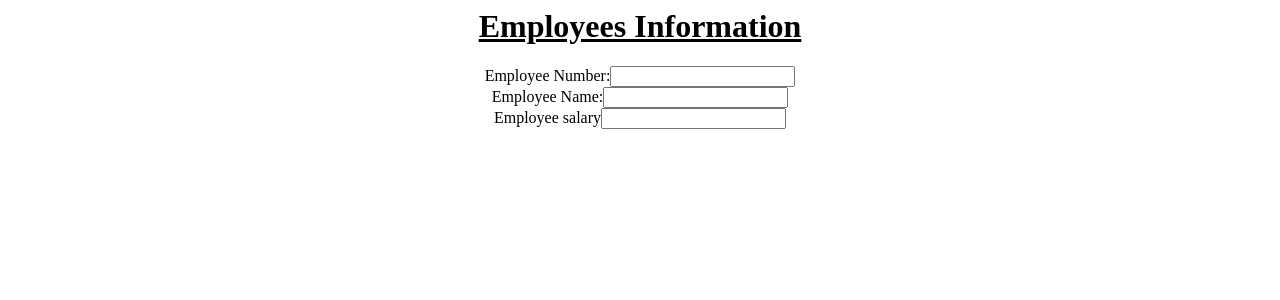
Repository: venugopalakrishnamylavarapu/Naresh-It-Full-Stack-java-Developer
Page: Advanced Java/Coding/JSP/src/main/webapp/emp.html
An editor plug-in stored every save of this project. The page is shown before and after the next save, followed by the edit.
The browser window is 1280 px wide. The pictures show the whole page.

Above is the page before, as saved 2023-03-16 12:51:12.

### Advanced Java/Coding/JSP/src/main/webapp/emp.html
<html>
<body>
<center>
<h1><u>Employees Information</u></h1>
<form action="empBean.jsp">
Employee Number:<input type=text name=empNo><br>
Employee Name:<input type=text name=name><br>
Employee salary<input type=text name=salary><br><br>
</form>
</center>
</body>
</html>

After the next save:
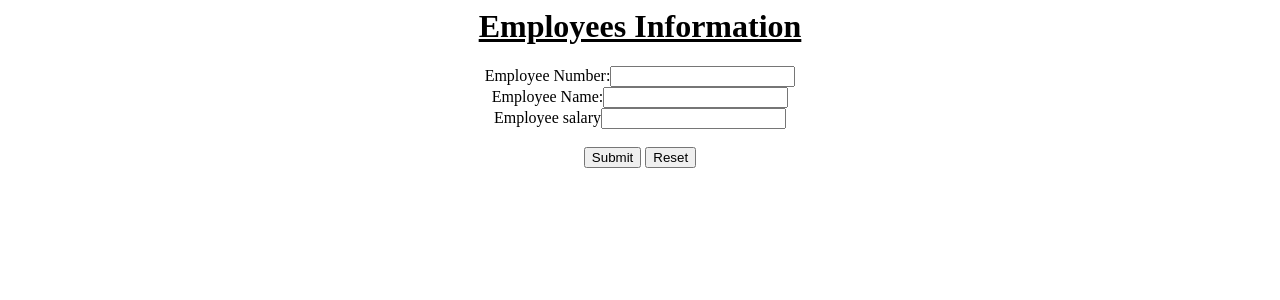
Saved 19 s later.
--- a/Advanced Java/Coding/JSP/src/main/webapp/emp.html
+++ b/Advanced Java/Coding/JSP/src/main/webapp/emp.html
@@ -6,6 +6,7 @@
 Employee Number:<input type=text name=empNo><br>
 Employee Name:<input type=text name=name><br>
 Employee salary<input type=text name=salary><br><br>
+<input type=submit>&nbsp;<input type=reset>
 </form>
 </center>
 </body>
